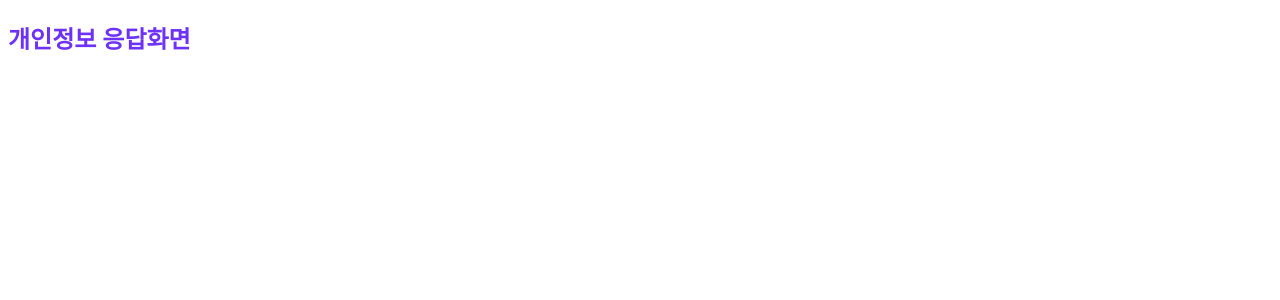
Repository: DonghwanSon1/StudyAndSubwayStore
Page: http://localhost/1_Servlet/view/responsePage.jsp
These files come from the project's save history. The page is drawn as it stood at one moment and after the next save; the edit follows.
The browser window is 1280 px wide. The pictures show the whole page.
The page is served by Tomcat 9.

Above is the page before, as saved 2022-06-02 02:44:22.

After the next save:
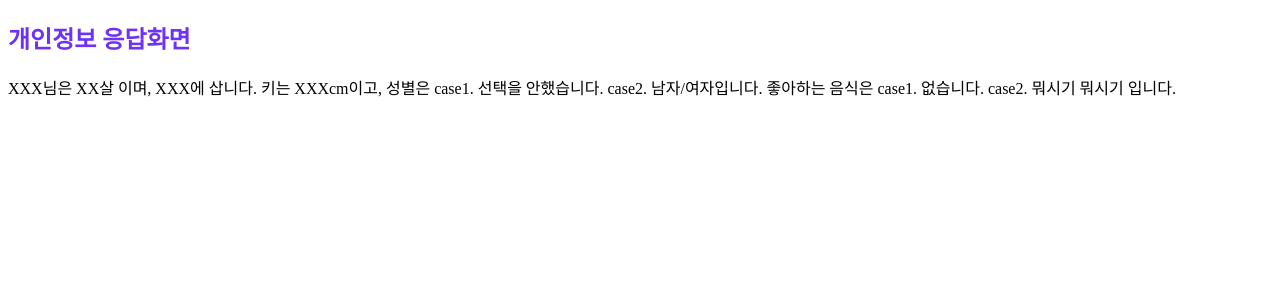
Saved 78 s later.
--- a/1_Servlet/WebContent/view/responsePage.jsp
+++ b/1_Servlet/WebContent/view/responsePage.jsp
@@ -2,7 +2,7 @@
     pageEncoding="UTF-8"%>
 <%
 	// 이 구문을 스크립틀릿(scriptlet)이라고 해서 HTML내에 자바 코드를 쓸 수 있는 영역
-	// 현재 이 jsp파일에서 필요로 하는 데이터들
+	// 현재 이 jsp파일에서 필요로 하는 데이터들 => request객체의 attrivute 영역에 담겨있음
 %>
 <!DOCTYPE html>
 <html>
@@ -25,6 +25,16 @@
     <h2>개인정보 응답화면</h2>
 
 
+		  XXX님은
+		  XX살 이며,
+		  XXX에 삽니다.
+		  키는 XXXcm이고,
+		  성별은 case1. 선택을 안했습니다.
+		  		case2. 남자/여자입니다.
+
+		  좋아하는 음식은 case1. 없습니다.
+		  			 case2. 뭐시기 뭐시기 입니다.
+
 
 
 
